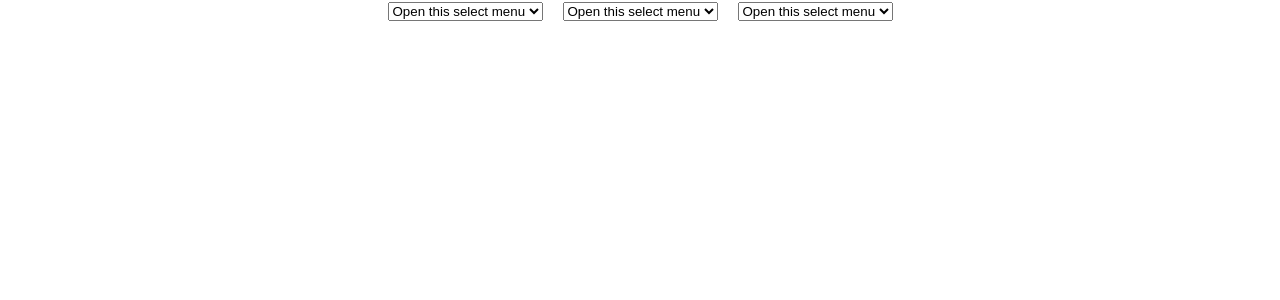
Repository: olahbold/greendoor_project
Page: /
These files come from the project's save history. The page is drawn as it stood at one moment and after the next save; the edit follows.
The browser window is 1280 px wide. The pictures show the whole page.
The project was rebuilt for these pictures with package versions that can differ from the ones it lists, and the page was loaded fresh each time.

Above is the page before, as saved 2023-06-21 13:58:49.

After the next save:
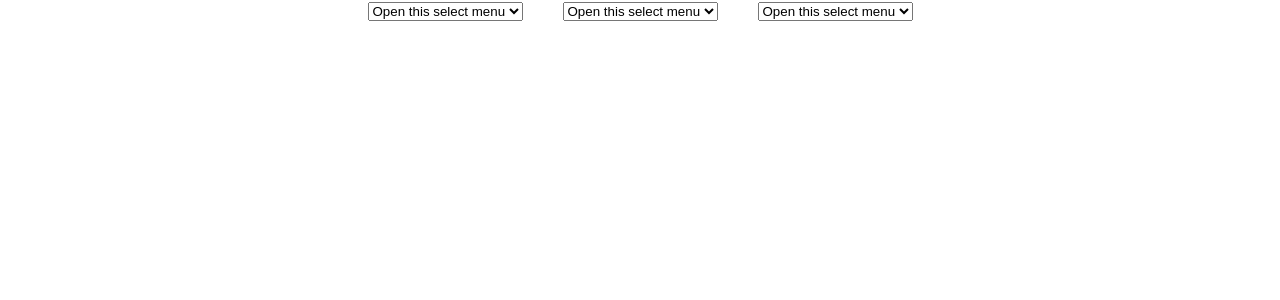
Saved 7 s later.
--- a/src/components/Multipart.js
+++ b/src/components/Multipart.js
@@ -2,7 +2,7 @@ import React from "react";
 import { Form } from "react-bootstrap";
 export default function Multipart() {
   return (
-    <div  style={{display:'flex', flexDirection:'row',justifyContent: 'center', gap: '20px'}}>
+    <div  style={{display:'flex', flexDirection:'row',justifyContent: 'center', gap: '40px'}}>
       <div>
         <Form>
           <Form.Select aria-label="Default select example">
